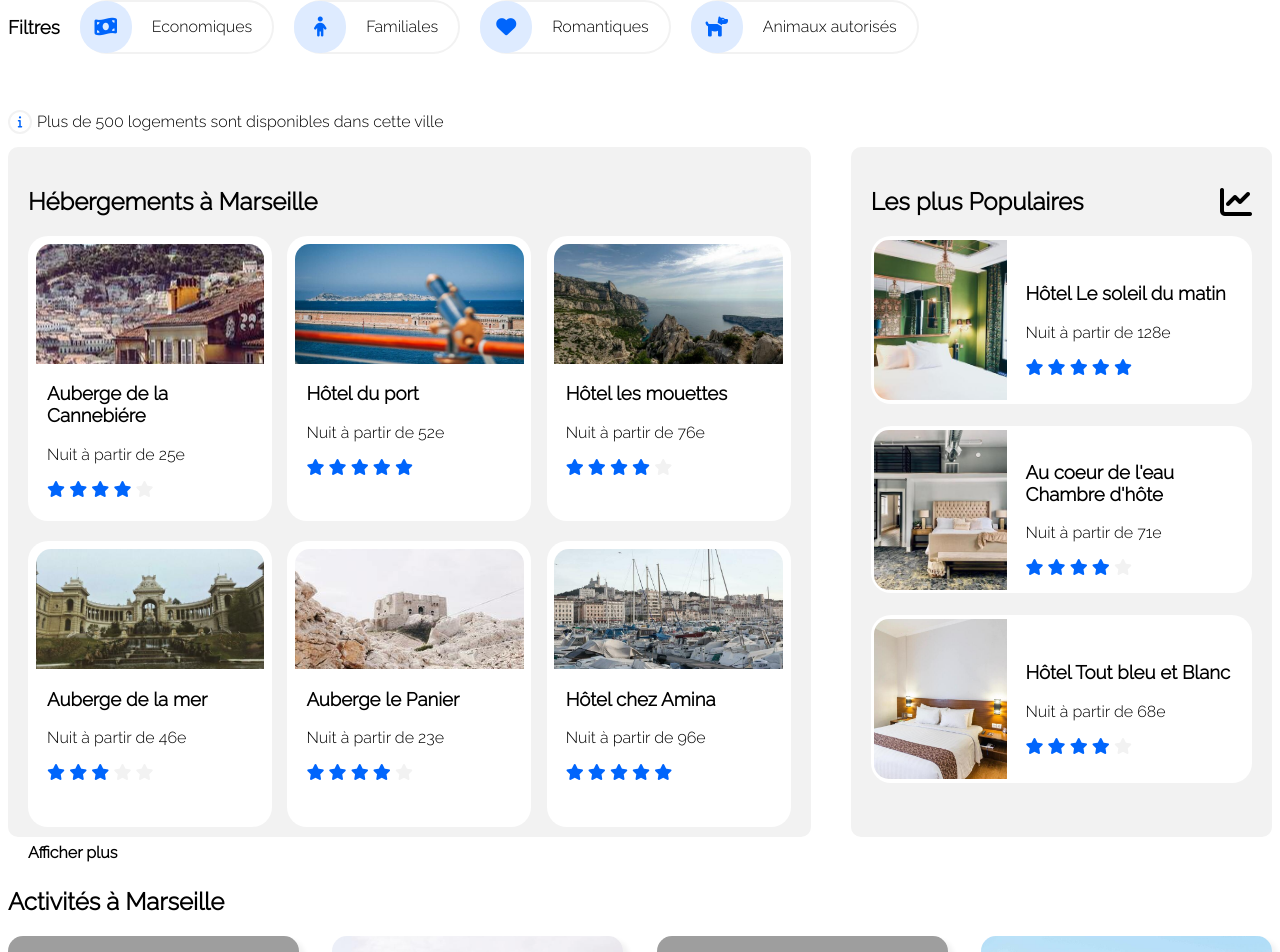
Repository: jaydeeonghub/DYLANBARBARISI_2_16062021
Page: index.html
These files come from the project's save history. The page is drawn as it stood at one moment and after the next save; the edit follows.
The browser window is 1280 px wide. The pictures show the part of the page from y = 317 to 1269 px (the page is 2261 px tall).
Pictures or frames that could not be fetched are drawn as grey boxes. Some web libraries are served in a nearby version.

Above is the page before, as saved 2021-07-24 18:36:42.

After the next save:
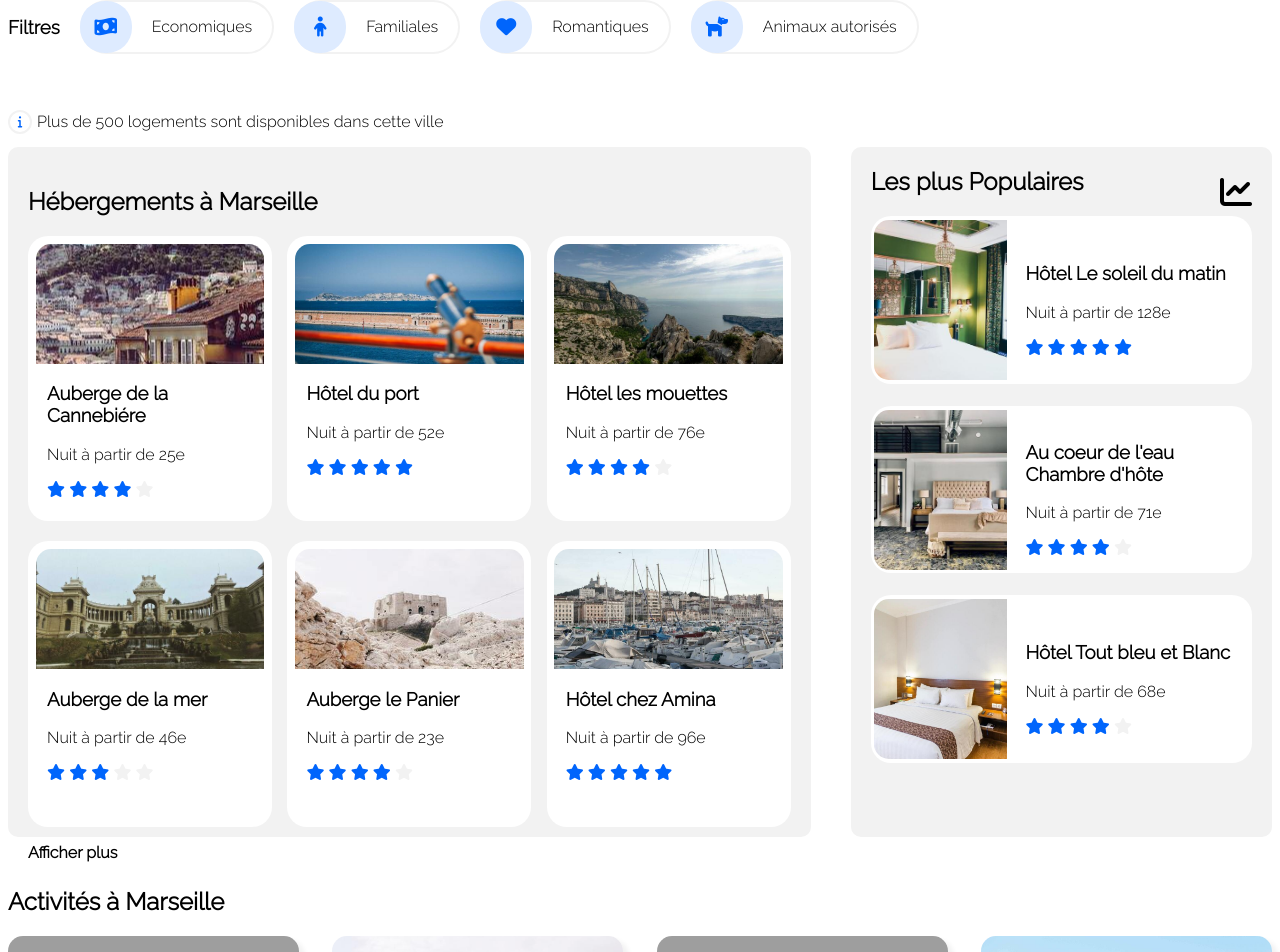
Saved 4 min 3 s later.
--- a/index.html
+++ b/index.html
@@ -191,7 +191,7 @@
     </div>
     <div class="sizePopulaires blocPopulaires backGris">
       <div class="flexBetween">
-        <h2 class="texteGras">Les plus Populaires</h2>
+        <h2 class="tabletteSizeTitrePop texteGras">Les plus Populaires</h2>
         <div><i class="fas fa-chart-line fa-2x"></i></div>
       </div>
       <div class="flexColumnAround">
